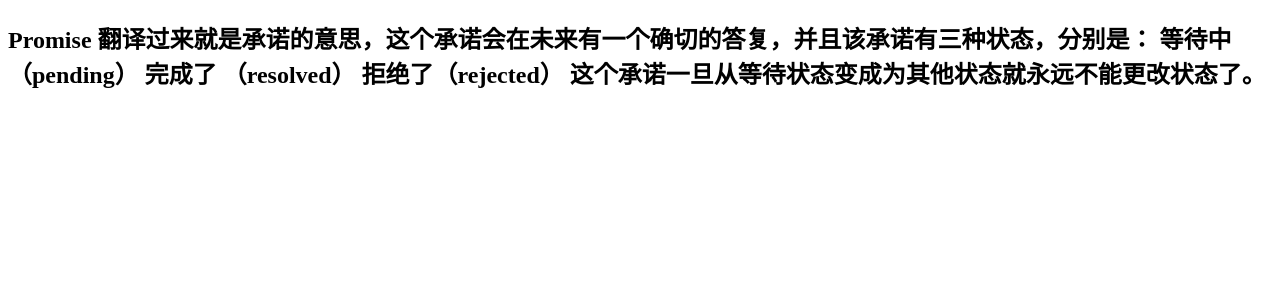
Repository: wuder-jie/Front-end-interview
Page: 01_Promise/index.html
These files come from the project's save history. The page is drawn as it stood at one moment and after the next save; the edit follows.
The browser window is 1280 px wide. The pictures show the whole page.

Above is the page before, as saved 2022-12-10 12:12:29.

After the next save:
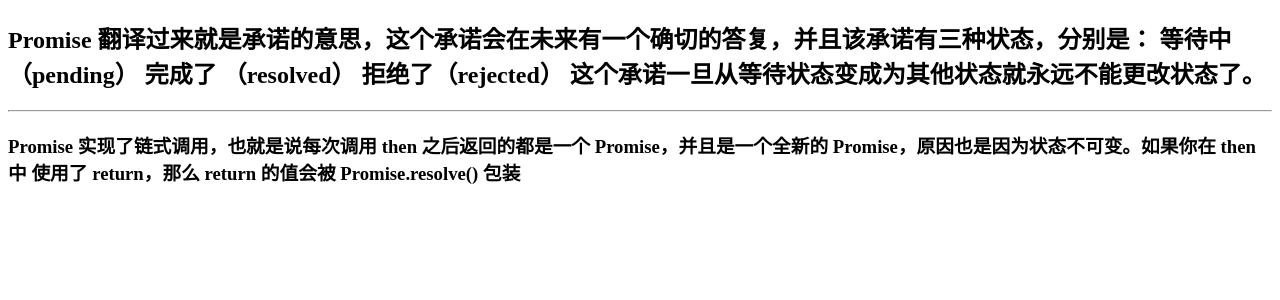
Saved 51 s later.
--- a/01_Promise/index.html
+++ b/01_Promise/index.html
@@ -13,6 +13,13 @@
       等待中（pending） 完成了 （resolved） 拒绝了（rejected）
       这个承诺一旦从等待状态变成为其他状态就永远不能更改状态了。
     </h2>
+    <hr />
+    <h3>
+      Promise 实现了链式调用，也就是说每次调用 then 之后返回的都是一个
+      Promise，并且是一个全新的 Promise，原因也是因为状态不可变。如果你在 then
+      中 使用了 return，那么 return 的值会被 Promise.resolve() 包装
+    </h3>
+
     <script>
       /*
       const p1 = new Promise((resolve, reject) => {
